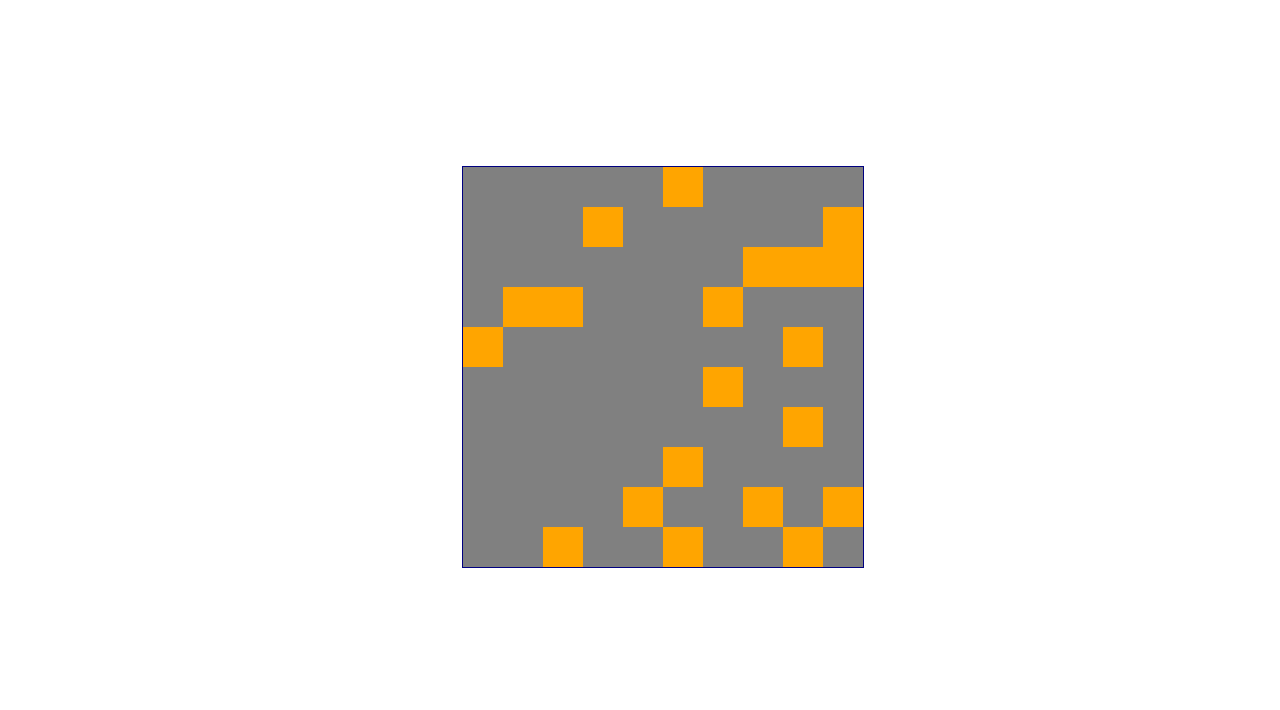
Repository: issaRan/MineSweeper
Page: html/index.html
The author's editor kept a copy of each file at every save. The page is drawn from the files as they stood at one save, then again after the next save.
The browser window is 1280 px wide. The pictures show the whole page.

Above is the page before, as saved 2020-10-23 15:51:18.

### html/index.html
<!DOCTYPE html>
<html lang="en">
<head>
    <meta charset="UTF-8">
    <meta name="viewport" content="width=device-width, initial-scale=1.0">
    <title>MineSweeper</title>
    <link rel="stylesheet" href="../css/styles.css">
    <script src="../js/index.js" charset="utf-8"></script>
</head>
<body>
  <div class="grid"></div>
</body>
</html>

### css/styles.css
.grid {
    height: 400px;
    width: 400px;
    display: flex;
    flex-wrap: wrap;
    background-color: grey;
    position: absolute;
    top: 30%;
    left: 40%;
    margin-top: -50px;
    margin-left: -50px;
    border:1px solid navy
}
.grid div {
    height: 40px;
    width: 40px;
}

.bomb {
    background-color: orange;
}
.checked{
    background-color: red;
}

### js/index.js
document.addEventListener('DOMContentLoaded',()=>{
    const grid = document.querySelector('.grid')
    let width = 10
    let flag = 0
    let squares = []
    let isGameOver = false
    let bombAamount = 20
    function createBoard(){
        const bombArray = Array(bombAamount).fill('bomb')
        const emptyArray = Array(width*width - bombAamount).fill('valid')
        const gameArray = emptyArray.concat(bombArray)
        const shuffledArray = gameArray.sort(()=> Math.random() -0.5)
        for(let i = 0; i < width*width;i++){
            const sqaure = document.createElement('div')
            sqaure.setAttribute('id',i)
            sqaure.classList.add(shuffledArray[i])
            grid.appendChild(sqaure)
            squares.push(sqaure)
            sqaure.addEventListener('click',(e)=>{
                click(sqaure)
            })
            sqaure.oncontextmenu = function(e){
                e.preventDefault()
                addFlag(sqaure)
            }
        }
        for (let i = 0; i < squares.length; i++) {
            let total = 0
            const isLeftEdge = (i % width === 0)
            const isRightEdge = (i % width === width -1)

            if (squares[i].classList.contains('valid')) {
              if (i > 0 && !isLeftEdge && squares[i -1].classList.contains('bomb')) total ++
              if (i > 9 && !isRightEdge && squares[i + 1 -width].classList.contains('bomb')) total ++
              if (i > 10 && squares[i -width].classList.contains('bomb')) total ++
              if (i > 11 && !isLeftEdge && squares[i -1 -width].classList.contains('bomb')) total ++
              if (i < 98 && !isRightEdge && squares[i +1].classList.contains('bomb')) total ++
              if (i < 90 && !isLeftEdge && squares[i -1 +width].classList.contains('bomb')) total ++
              if (i < 88 && !isRightEdge && squares[i +1 +width].classList.contains('bomb')) total ++
              if (i < 89 && squares[i +width].classList.contains('bomb')) total ++
              squares[i].setAttribute('data', total)
            }
        }
    }
    createBoard()
    function click(square){
        let currentId = square.id
        if(isGameOver) return
        if(square.classList.contains('checked') || square.classList.contains('flag')){
            return
        }
        if(square.classList.contains('bomb')){
            gameOver(square)
        }else{
            let total = square.getAttribute('data')
            if(total != 0){
                square.classList.add('checked')
                square.innerHTML = total
                return
            }
            checkSquare(square,currentId)
        }
        square.classList.add('checked')

    }
    function checkSquare(square,currentId){
        const isLeftEdge = (currentId % width === 0)
        const isRightEdge = (currentId % width === width -1)
        setTimeout(()=>{
            if (currentId > 0 && !isLeftEdge) {
                const newId = squares[parseInt(currentId) -1].id
                //const newId = parseInt(currentId) - 1   ....refactor
                const newSquare = document.getElementById(newId)
                click(newSquare)
              }
              if (currentId > 9 && !isRightEdge) {
                const newId = squares[parseInt(currentId) +1 -width].id
                //const newId = parseInt(currentId) +1 -width   ....refactor
                const newSquare = document.getElementById(newId)
                click(newSquare)
              }
              if (currentId > 10) {
                const newId = squares[parseInt(currentId -width)].id
                const newSquare = document.getElementById(newId)
                click(newSquare)
              }
              if (currentId > 11 && !isLeftEdge) {
                const newId = squares[parseInt(currentId) -1 -width].id

                const newSquare = document.getElementById(newId)
                click(newSquare)
              }
              if (currentId < 98 && !isRightEdge) {
                const newId = squares[parseInt(currentId) +1].id
                const newSquare = document.getElementById(newId)
                click(newSquare)
              }
              if (currentId < 90 && !isLeftEdge) {
                const newId = squares[parseInt(currentId) -1 +width].id
                const newSquare = document.getElementById(newId)
                click(newSquare)
              }
              if (currentId < 88 && !isRightEdge) {
                const newId = squares[parseInt(currentId) +1 +width].id
                const newSquare = document.getElementById(newId)
                click(newSquare)
              }
              if (currentId < 89) {
                const newId = squares[parseInt(currentId) +width].id
                const newSquare = document.getElementById(newId)
                click(newSquare)
              }
        },10)
    }
    function gameOver(square){
        console.log("Boom !")
        isGameOver = true
        squares.forEach(square=> {
            if(square.classList.contains('bomb')){
                square.innerHTML = '💣'
            }
        })
    }
    function addFlag(square){
        if(isGameOver) return
        if(!square.classList.contains('checked') && (flag < bombAamount)) {
            if(!square.classList.contains('flag')){
                square.classList.add('flag')
                square.innerHTML = ' 🚩'
                checkForWin()
                flag++;
            }else{
                square.classList.remove('flag')
                square.innerHTML = ''
                flag--;
            }
        }
    }
    function checkForWin(){
        let matches = 0
        for(let i = 0; i < squares.length;i++){
            if(squares[i].classList.contains('flag') && squares[i].classList.contains('bomb')){
                matches++
            }
            if(matches == bombAamount){
                isGameOver = true
                console.log('You Win !')
            }
        }
    }
})

After the next save:
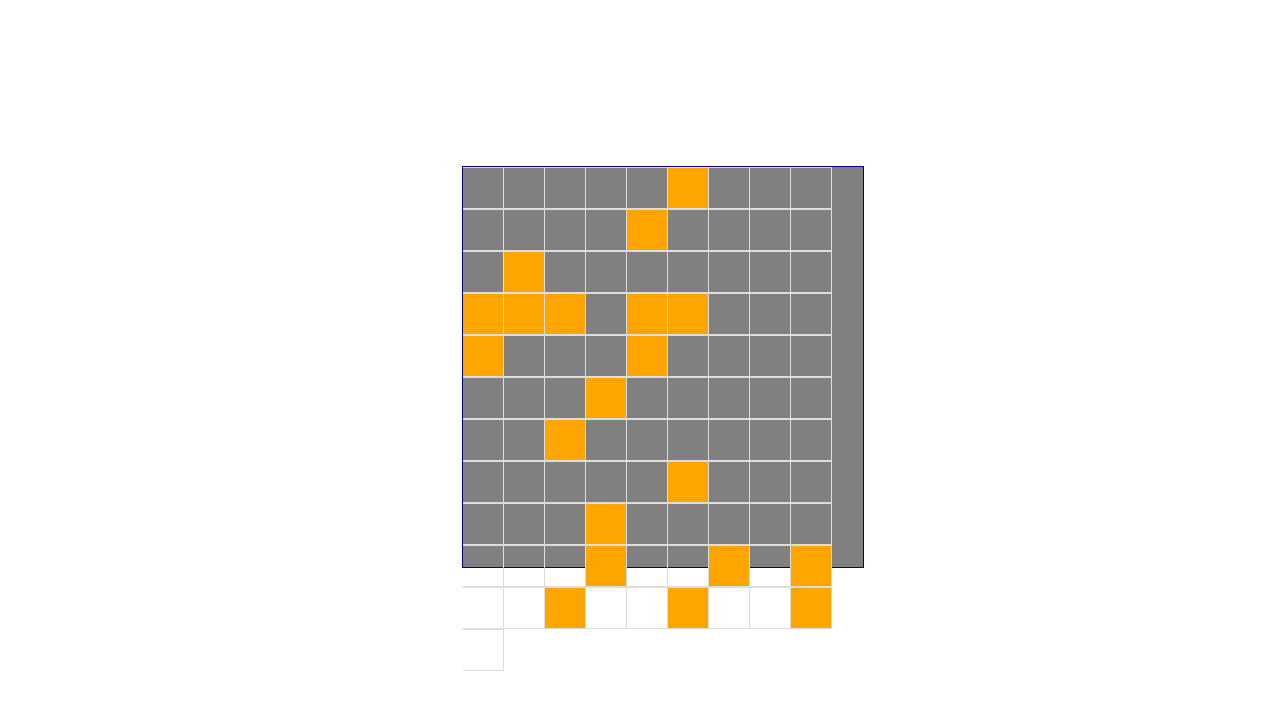
Saved 52 s later.
--- a/css/styles.css
+++ b/css/styles.css
@@ -14,6 +14,9 @@
 .grid div {
     height: 40px;
     width: 40px;
+    border-top: 1px solid #ddd;
+    border-bottom: 1px solid #ddd;
+    border-right: 1px solid #ddd;
 }
 
 .bomb {

After the 3 saves that followed:
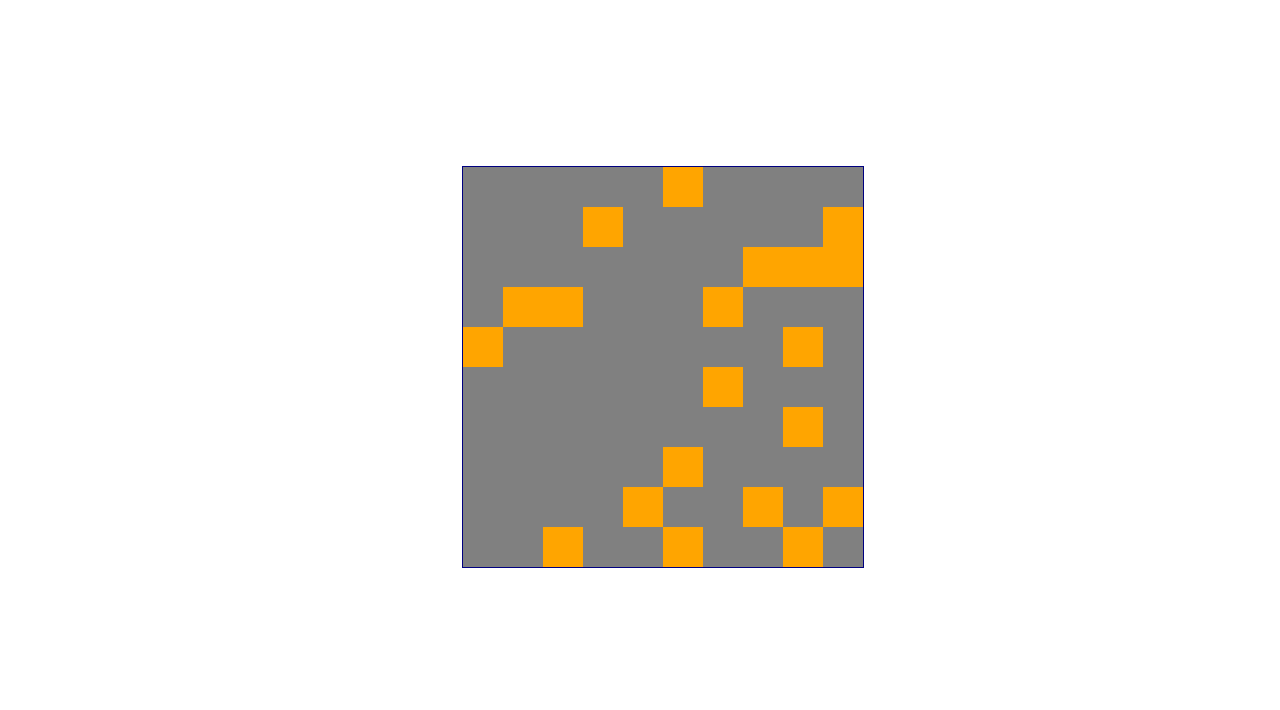
The 3 saves are shown as one change because they came seconds apart.
The last was saved 21 s later.
--- a/css/styles.css
+++ b/css/styles.css
@@ -14,9 +14,6 @@
 .grid div {
     height: 40px;
     width: 40px;
-    border-top: 1px solid #ddd;
-    border-bottom: 1px solid #ddd;
-    border-right: 1px solid #ddd;
 }
 
 .bomb {
